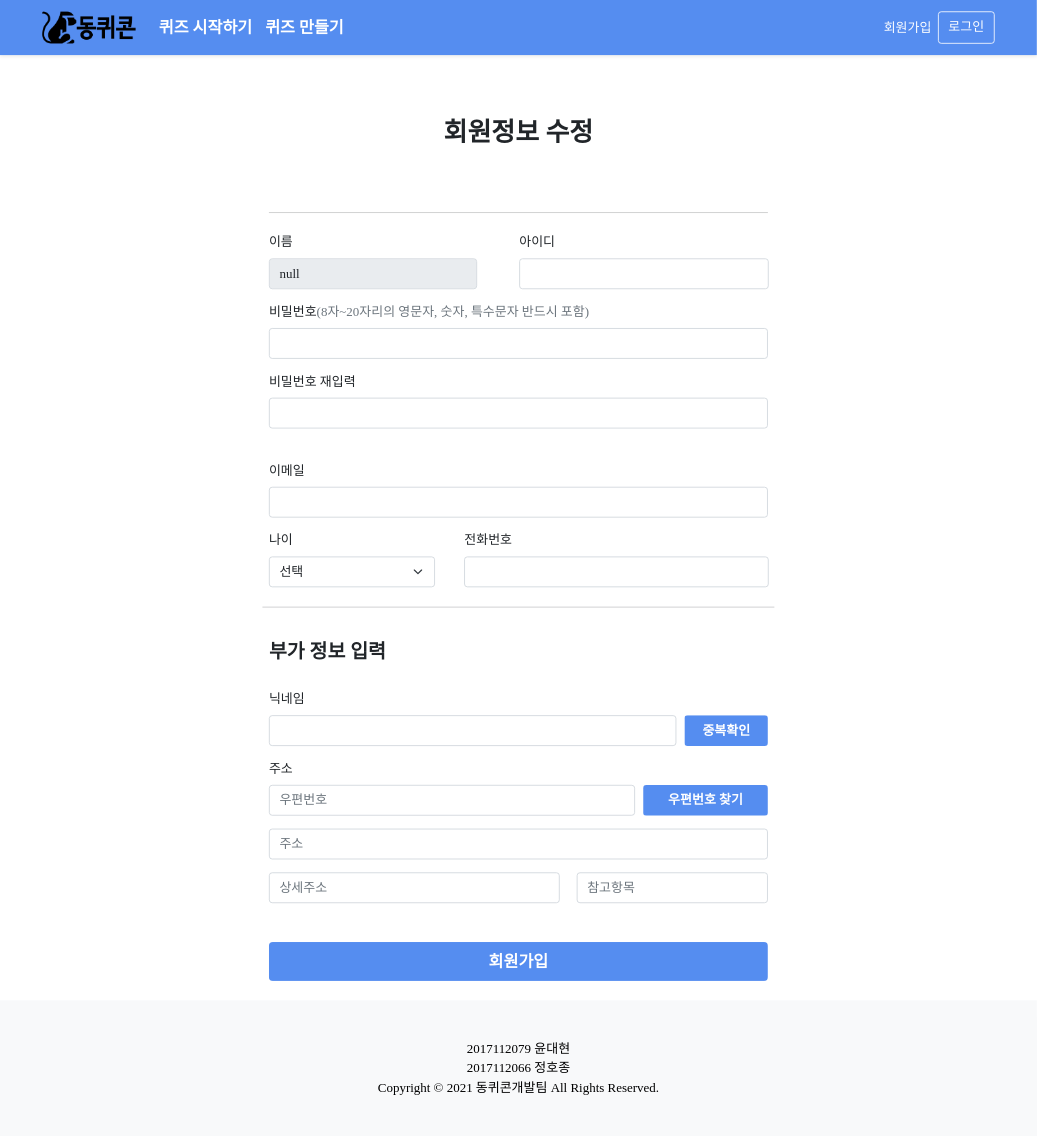
Repository: eogus0512/Quiz_WebProject
Page: http://localhost/Quiz_WebProject/myPage.jsp
These files come from the project's save history. The page is drawn as it stood at one moment and after the next save; the edit follows.
The browser window is 1280 px wide. The pictures show the whole page, at 81% of full size.
Some web fonts or font styles are not loaded; a fallback is used. The page is served by Tomcat 9.

Above is the page before, as saved 2021-12-12 10:34:32.

After the next save:
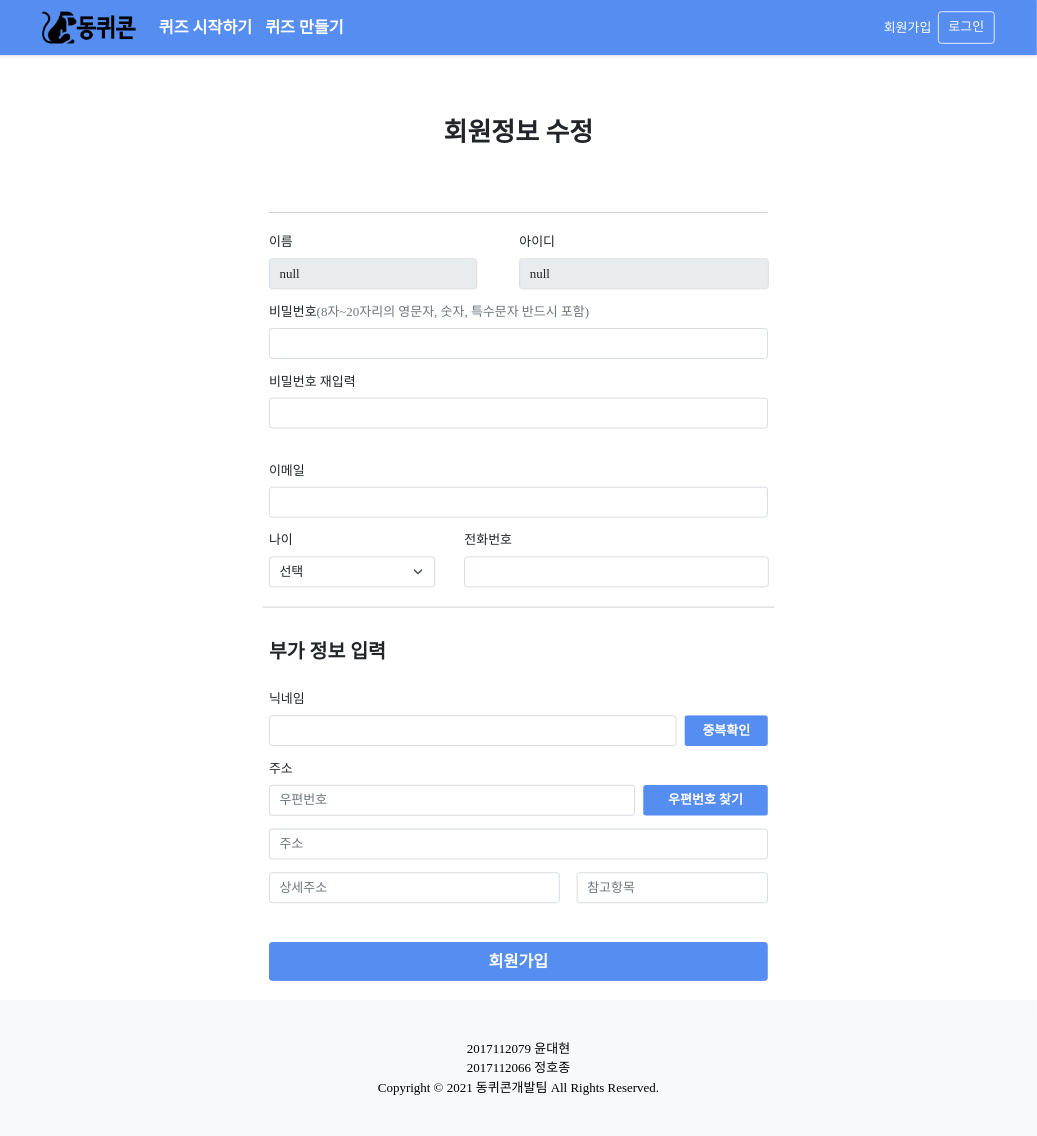
Saved 38 s later.
--- a/Quiz_WebProject/WebContent/myPage.jsp
+++ b/Quiz_WebProject/WebContent/myPage.jsp
@@ -129,7 +129,7 @@
             </div>
 				<div class="col-6">
 				    <label for="LoginID" class="form-label">아이디</label>
-				    <input type="id" class="form-control" name="LoginID" id="LoginID" placeholder="" style="margin-right: 10px" required>
+				    <input type="id" class="form-control" name="LoginID" id="LoginID" placeholder="" style="margin-right: 10px" value="<%=session.getAttribute("LoginID") %>" disabled>
 				</div>
         	</div>
 
